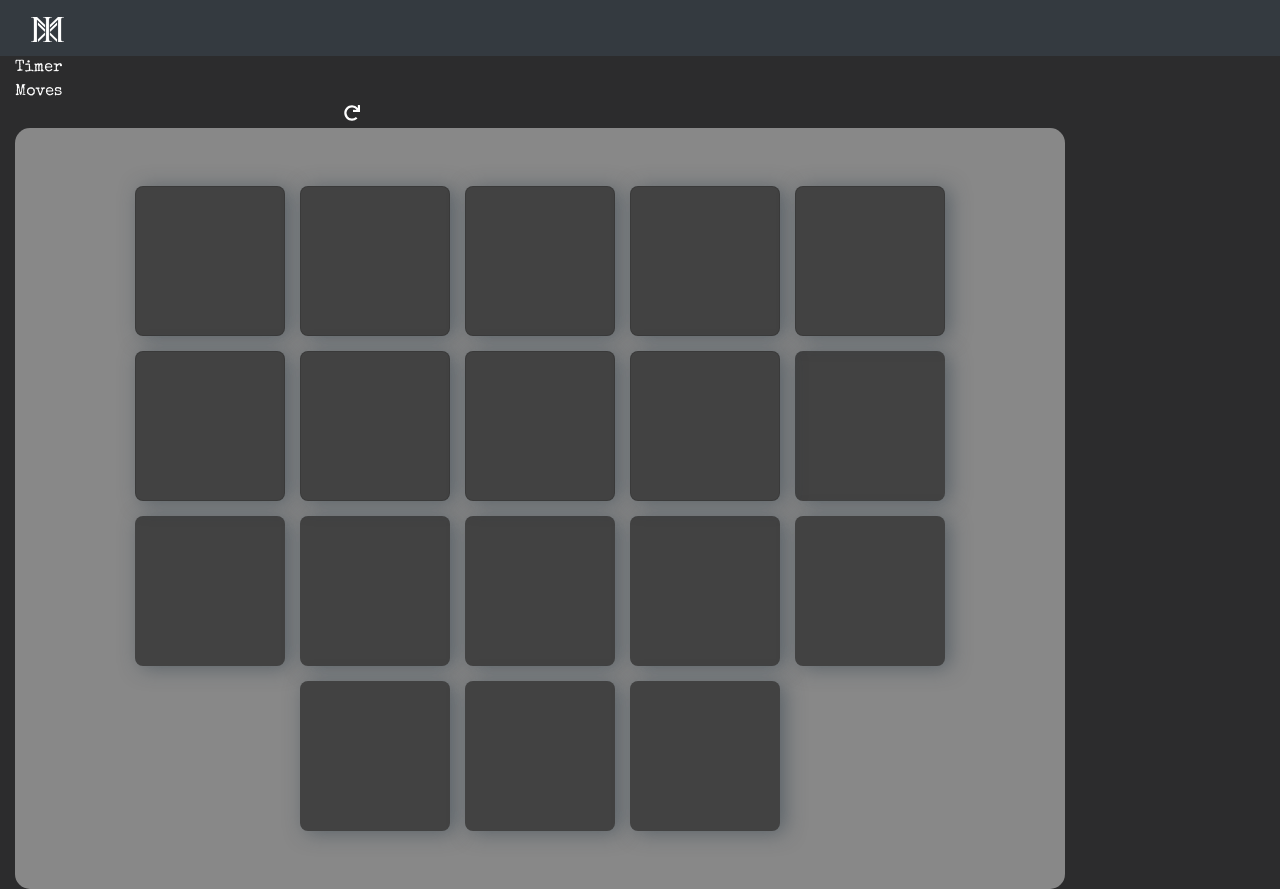
Repository: Code-Institute-Submissions/Milestone-25
Page: game.html
The author's editor kept a record of every edit. The page is drawn from the files as they stood at one moment, then again after the next edit.
The browser window is 1280 px wide. The pictures show the whole page.
Some web libraries are served in a nearby version.

Above is the page before.

### game.html
<!DOCTYPE html>
<html lang="en">

<head>
  <meta charset="UTF-8">
  <meta name="viewport" content="width=device-width, initial-scale=1">
  <meta http-equiv="X-UA-Compatible" content="ie=edge">
  <link rel="stylesheet" href="https://stackpath.bootstrapcdn.com/bootstrap/4.4.1/css/bootstrap.min.css" integrity="sha384-Vkoo8x4CGsO3+Hhxv8T/Q5PaXtkKtu6ug5TOeNV6gBiFeWPGFN9MuhOf23Q9Ifjh" crossorigin="anonymous">
  <script src="https://ajax.googleapis.com/ajax/libs/jquery/3.4.1/jquery.min.js"></script>
  <script src="https://maxcdn.bootstrapcdn.com/bootstrap/4.4.1/js/bootstrap.min.js"></script>
  <script src="https://use.fontawesome.com/releases/v5.12.0/js/all.js"></script>
  <link rel="stylesheet" href="assets/css/style.css" media="screen">
  <title>Memoryphile Home</title>
</head>

<body>
  <!--Navbar with option to return to homescreen-->
  <nav class="navbar navbar-expand-md navbar-dark bg-dark sticky-top">
    <div class="container-fluid">
      <a class="navbar-brand"><img src="./assets/images/logo.png" height="25" alt="Memoryphile Logo"></a>
    </div>
  </nav>
</body>

<!--Unordered list to form the grid for matching deck-->
<div class="container-fluid padding">
  <!-- section for timer and move counter and restart -->
  <section class="requirements">
    <div class="timer">Timer</div>
    <div class="moves">Moves</div>
    <div class="restart"><i class="fas fa-redo"></i></div>
  </section>

  <ul class="gamedeck">
    <!--Original Cards-->
    <li class="card" type="bomb">
      <i class="fas fa-bomb"></i>
    </li>
    <li class="card" type="biohazard">
      <i class="fas fa-biohazard"></i>
    </li>
    <li class="card" type="secret">
      <i class="fas fa-user-secret"></i>
    </li>
    <li class="card" type="question">
      <i class="fas fa-question-circle"></i>
    </li>
    <li class="card" type="search">
      <i class="fas fa-search"></i>
    </li>
    <li class="card" type="skull">
      <i class="fas fa-skull"></i>
    </li>
    <li class="card" type="building">
      <i class="fas fa-landmark"></i>
    </li>
    <li class="card" type="jet">
      <i class="fas fa-fighter-jet"></i>
    </li>
    <li class="card" type="binocular">
      <i class="fas fa-binoculars"></i>
    </li>

    <!--Matching Cards-->

    <li class="matchedcard" type="bomb">
      <i class="fas fa-bomb"></i>
    </li>
    <li class="matchedcard" type="biohazard">
      <i class="fas fa-biohazard"></i>
    </li>
    <li class="matchedcard" type="secret">
      <i class="fas fa-user-secret"></i>
    </li>
    <li class="matchedcard" type="question">
      <i class="fas fa-question-circle"></i>
    </li>
    <li class="matchedcard" type="search">
      <i class="fas fa-search"></i>
    </li>
    <li class="matchedcard" type="skull">
      <i class="fas fa-skull"></i>
    </li>
    <li class="matchedcard" type="building">
      <i class="fas fa-landmark"></i>
    </li>
    <li class="matchedcard" type="jet">
      <i class="fas fa-fighter-jet"></i>
    </li>
    <li class="matchedcard" type="binocular">
      <i class="fas fa-binoculars"></i>
    </li>
  </ul>


</div>



<script type="text/javascript" src="./assets/js/main.js"></script>
</body>

</html>

### assets/css/style.css
@import url('https://fonts.googleapis.com/css?family=Homemade+Apple|Special+Elite&display=swap');

/* ==============STYLING==============*/

/*--------HTML, BODY Styling-----*/

html,
body {
  height: 100%;
  width: 100%;
  font-family: 'Special Elite', sans-serif;
  color: #fff;
  background-color: #2c2c2d;
  box-sizing: border-box;
}

/*------------BUTTON STYLING--------*/

.btn-secondary {
    background-color: #c30e0e;
    border-color: #c30e0e;
    margin-top: 10%;
    margin-bottom: 10%;
    font-size: 350%;
    padding-top: 1.5%;

}


/*------------Instructions STYLING--------*/

.instructions {
  font-size: 150%;
  display: inline-block;
  margin-left: 6%;
  margin-right: 6%;
}


/*--------------GAME.html styling---------*/

*,
*::before,
*::after {
    box-sizing: inherit;
}

.container {
    display: flex;
    justify-content: center;
    align-items: center;
    flex-direction: column;
}


/*------------REQUIRMENTS --------*/

.requirements {
  text-align: left;
  width: 345px;
  margin-bottom: 10px;
}

.requirements .timer {
  margin: 0;
  padding: 0;
  display: inline-block;
  margin: 0 5px 0 0;
}

.requirements .restart {
  float: right;
}

.requirements .timer {
  margin: 0;
  padding: 0;
  display: inline-block;
  margin: 0 5px 0 0;
}


/*
 * Styles for the deck of cards
 */

.gamedeck {
  width: 1050px;
  min-height: 680px;
  background: #888888;
  border-radius: 15px;
  padding: 50px;
/* Flexbox */
  display: flex;
  flex-wrap: wrap;
  justify-content: center;
  align-items: center;
  margin: 0 0 3em;
}

.gamedeck .card {
  height: 150px;
  width: 150px;
  background: #424242;
  font-size: 0;
  color: #ffffff;
  border-radius: 8px;
  cursor: pointer;
  display: flex;
  justify-content: center;
  align-items: center;
  box-shadow: 5px 2px 20px 0 rgba(46, 61, 73, 0.5);
  margin: 0.8%;
}


.gamedeck .card .matchedcard {
  cursor: default;
  background: #02ccba;
  font-size: 33px;
}

.matchedcard {
  height: 150px;
  width: 150px;
  background: #424242;
  font-size: 0;
  color: #ffffff;
  border-radius: 8px;
  cursor: pointer;
  display: flex;
  justify-content: center;
  align-items: center;
  box-shadow: 5px 2px 20px 0 rgba(46, 61, 73, 0.5);
  margin: 0.8%;
}

### assets/js/main.js
//on page open, timer counts from 90 secs down

//on page open, or on restart, cards are reshuffled

//on reset, cards shuffled, reset game board, reset timer

//if timer = 0, game over

// on click, moves increases by 1

// if moves > 40, game over

//on restart, pasue game and timer and ask for confirmation
    //if confirmation = true page refreshes and timer + cards all reset
    //if confirmation = false, game and timer resumes


// on click:
    //if no other card active, flip card and set to active
    //if other card active, compare img of both active cards
        //if img match, match counter increase by one
        //on no match, both cards return to rest state

//(no. of cards = 18)

//if match counter = 9, player wins.

//if match counter = 9, timer stops

//score? = at win, total moves and total time remaining

//set keyboard (p)ause and (esc)ape actions

//if player wins, produce success message (and rating out of three?)

//if player loses (out of time, or exceeds moves), produce loss message

After the next edit:
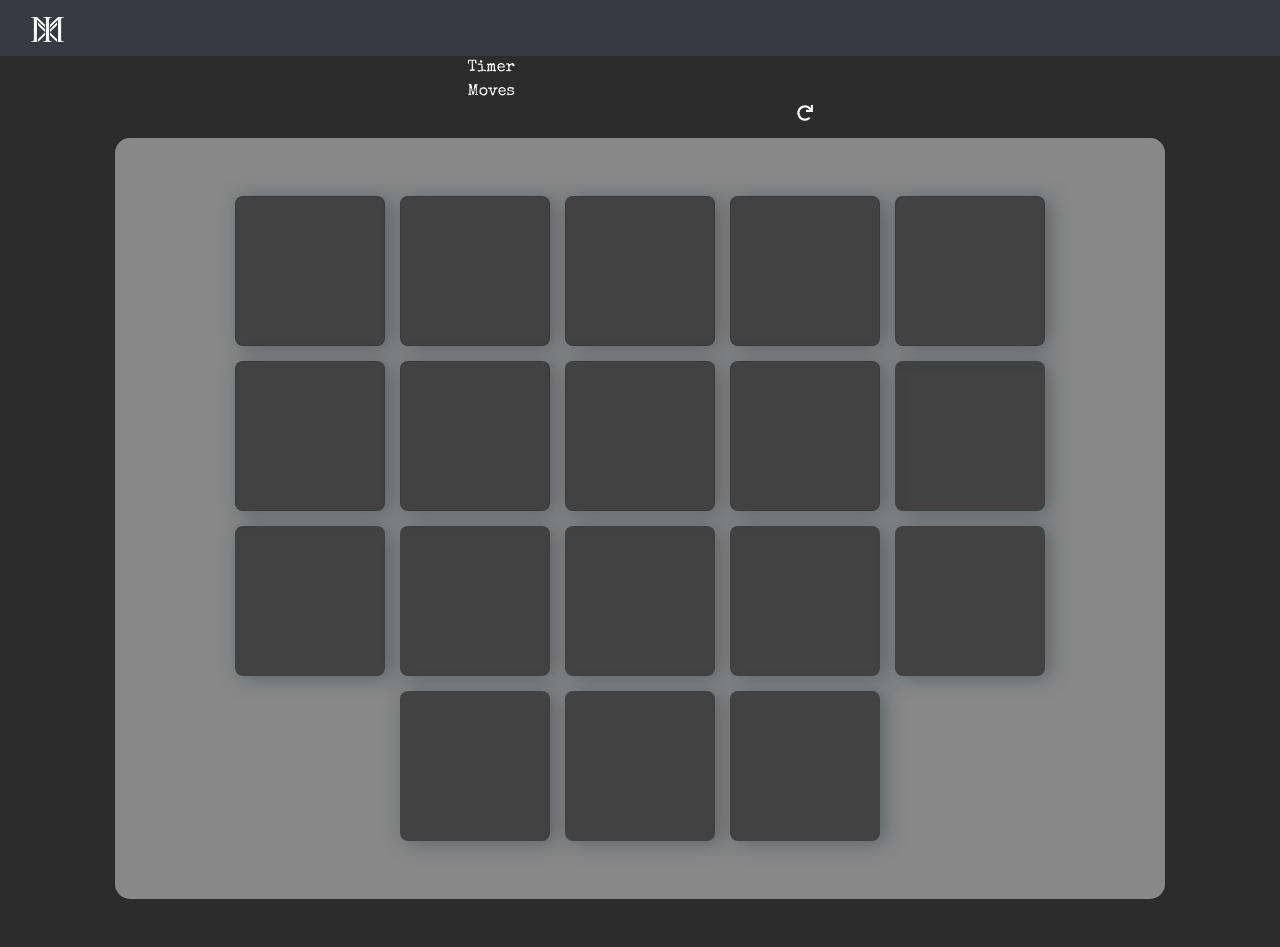
The edit:
--- a/game.html
+++ b/game.html
@@ -23,7 +23,7 @@
 </body>
 
 <!--Unordered list to form the grid for matching deck-->
-<div class="container-fluid padding">
+<div class="container padding game-container">
   <!-- section for timer and move counter and restart -->
   <section class="requirements">
     <div class="timer">Timer</div>
